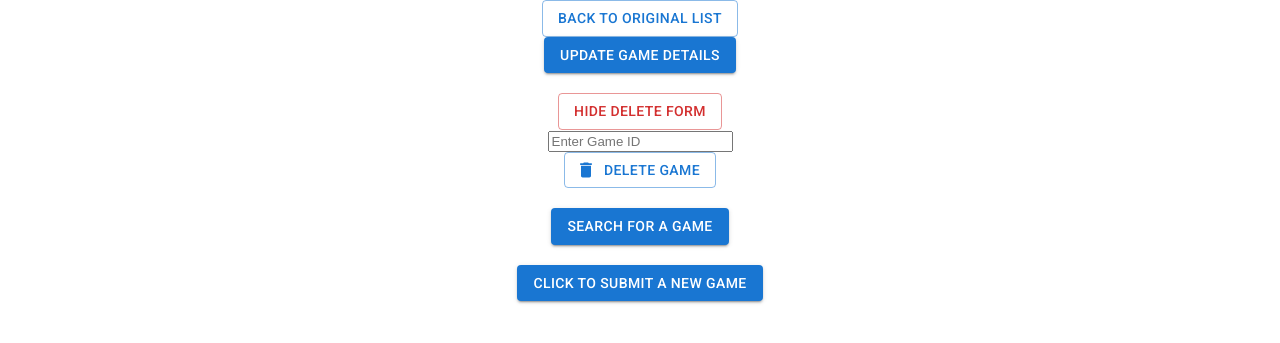
Repository: The-Software-Guild/assessment-2-react-nj10deadend
Page: / (app in Part-2/React-section/frontend/), after clicking the first element matching `button.MuiButton-outlinedError`
The author's editor kept a copy of each file at every save. The page is drawn from the files as they stood at one save, then again after the next save.
The browser window is 1280 px wide. The pictures show the whole page.
The page's requests for data from a server got no answer. The project was rebuilt for these pictures with package versions that can differ from the ones it lists, and the page was loaded fresh each time. No one was signed in, and anything a server would have sent is missing. Also part of the build but not shown: Part-2/React-section/frontend/src/components/GameCards.js.

Above is the page before, as saved 2021-12-19 21:12:11.

### Part-2/React-section/frontend/public/index.html
<!DOCTYPE html>
<html lang="en">
  <head>
    <meta charset="utf-8" />
    <link rel="icon" href="%PUBLIC_URL%/favicon.ico" />
    <meta name="viewport" content="width=device-width, initial-scale=1" />
    <meta name="theme-color" content="#000000" />
    <meta name="viewport" content="initial-scale=1, width=device-width" />
    <meta
      name="description"
      content="Web site created using create-react-app"
    />
    <link rel="apple-touch-icon" href="%PUBLIC_URL%/logo192.png" />
    <!--
      manifest.json provides metadata used when your web app is installed on a
      user's mobile device or desktop. See https://developers.google.com/web/fundamentals/web-app-manifest/
    -->
    <link rel="manifest" href="%PUBLIC_URL%/manifest.json" />
    <!--
      Notice the use of %PUBLIC_URL% in the tags above.
      It will be replaced with the URL of the `public` folder during the build.
      Only files inside the `public` folder can be referenced from the HTML.

      Unlike "/favicon.ico" or "favicon.ico", "%PUBLIC_URL%/favicon.ico" will
      work correctly both with client-side routing and a non-root public URL.
      Learn how to configure a non-root public URL by running `npm run build`.
    -->
    <link
      rel="stylesheet"
      href="https://fonts.googleapis.com/css?family=Roboto:300,400,500,700&display=swap"
    />
    <link
      rel="stylesheet"
      href="https://fonts.googleapis.com/icon?family=Material+Icons"
    />
    <title>React App</title>
  </head>
  <body>
    <noscript>You need to enable JavaScript to run this app.</noscript>
    <div id="root"></div>
    <!--
      This HTML file is a template.
      If you open it directly in the browser, you will see an empty page.

      You can add webfonts, meta tags, or analytics to this file.
      The build step will place the bundled scripts into the <body> tag.

      To begin the development, run `npm start` or `yarn start`.
      To create a production bundle, use `npm run build` or `yarn build`.
    -->
  </body>
</html>

### Part-2/React-section/frontend/src/index.css
body {
  margin: 0;
  font-family: -apple-system, BlinkMacSystemFont, 'Segoe UI', 'Roboto', 'Oxygen',
    'Ubuntu', 'Cantarell', 'Fira Sans', 'Droid Sans', 'Helvetica Neue',
    sans-serif;
  -webkit-font-smoothing: antialiased;
  -moz-osx-font-smoothing: grayscale;
}

code {
  font-family: source-code-pro, Menlo, Monaco, Consolas, 'Courier New',
    monospace;
}

.imgs {
  height: 300px;
  width: 300px;
}
.game-cards {
  border-color: lightblue;
  border-style: outset;
}
.divider {
  border-top: 1px dotted lightblue;
}

### Part-2/React-section/frontend/src/App.js
import './App.css';
import Home from './components/Home';
import AddGameForm from './components/AddGameForm';
import GameSearch from './components/GameSearch';
import UpdateGame from './components/UpdateGame';
import DeleteGame from './components/DeleteGame';
import axios from 'axios';
import {useState, useEffect} from 'react';
import Container from '@mui/material/Container';

// import {Container} from '@mui/material';
import Button from '@mui/material/Button';
// import Typography from '@mui/material/Typography';

function App() {

  const [gameData, setGameData] = useState([]);

  function getFetchGameServer () {
    axios.get(`http://localhost:8080/allGames`)
      .then(res => {
        setGameData(res.data)
      })

  }

  useEffect(getFetchGameServer, []);

  return (
    // <div className="App">
    <Container className="App">

      <Button variant="outlined"onClick={getFetchGameServer}>Back to Original List</Button>
      <UpdateGame getFetchGameServer={getFetchGameServer}/>
      <br></br>
      <DeleteGame getFetchGameServer={getFetchGameServer} />
      <br></br>
      <GameSearch setGameData={setGameData}/>
      <br></br>
      <AddGameForm setGameData={setGameData}/>


      <Home gameData={gameData}/>

    </Container>

  );
}

export default App;

### Part-2/React-section/frontend/src/components/Home.js
import GameCards from "./GameCards";


function Home ({gameData}) {

    const renderGameData = gameData.map(eachGame => {
        // console.log(eachGame._id);
        return (
            <GameCards key={eachGame._id} eachGame={eachGame} />
        )
    })
    return (
        <div>
            {renderGameData}

        </div>
    )
}

export default Home;

### Part-2/React-section/frontend/src/components/AddGameForm.js
import {useState, useEffect} from 'react';
import axios from 'axios';
import Button from '@mui/material/Button';

function AddGameForm ({setGameData}) {

    const [clicked, setClicked] = useState(false);
    const [submitted, setSubmitted] = useState(false);
    const [name, setName] = useState("");
    const [img, setImg] = useState("");
    const [crossPlatform, setCrossPlatform] = useState("");
    const [price, setPrice] = useState("");
    const [genres, setGenres] = useState(["", "", ""]);
    const buttonText = clicked ? "Hide Submission Form" : "Click to Submit a New Game"

    function postRequest() {
        return axios.post('http://localhost:8080/allGames', {
            name: name,
            img: img,
            cross_platform: crossPlatform,
            price: price,
            genres: genres
        })
        .then(function (response) {
            console.log(response);
            return response.data;
        })
        .catch(function (error) {
            console.log(error);
            return null;
        });
    }

    async function onSubmit(event) {
        event.preventDefault();
        setName("");
        setImg("");
        setCrossPlatform("");
        setPrice("");
        setGenres(["", "", ""]);
        const newGame = await postRequest();
        // console.log(newGame);
        setGameData((oldInfo)=> {
            // console.log(oldInfo)
            return [...oldInfo, newGame]
        })
    }

    return (
        <div>
            <Button variant="contained" onClick={() => {setClicked(!clicked)}}>{buttonText}</Button>
            {clicked && (
                <form onSubmit={onSubmit}>
                    <div>
                        <label for="name">Name</label>
                        <br></br>
                        <input type="text" name="name" placeholder="Enter name" id="name"
                        value={name} onChange={(event) => {setName(event.target.value)}}/>
                    </div>
                    <div>
                        <label for="img">Image Url</label>
                        <br></br>
                        <input type="text" name="img" placeholder="Enter image URL" id="img"
                        value={img} onChange={(event) => {setImg(event.target.value)}}/>
                    </div>
                    <div>
                        <label for="cross platform">Cross Platform</label>
                        <br></br>
                        <input type="text" name="cross platform" placeholder="Enter true or false" id="cross_platform"
                        value={crossPlatform} onChange={(event) => {setCrossPlatform(event.target.value)}}/>
                    </div>
                    <div>
                        <label for="price">Price</label>
                        <br></br>
                        <input type="text" name="price" placeholder="Enter price of game" id="price"
                        value={price} onChange={(event) => {setPrice(event.target.value)}} />
                    </div>
                    <div>
                        <label for="genres">Genres</label>
                        <br></br>
                        <input type="text" name="genre1" placeholder="Enter first genre category" id="genre1"
                        value={genres[0]} onChange={(event) => {setGenres([event.target.value, genres[1], genres[2]])}}/>
                        <br></br>
                        <input type="text" name="genre2" placeholder="Enter second genre category" id="genre2"
                        value={genres[1]} onChange={(event) => {setGenres([genres[0], event.target.value, genres[2] ])}}/>
                        <br></br>
                        <input type="text" name="genre3" placeholder="Enter third genre category" id="genre3"
                        value={genres[2]} onChange={(event) => {setGenres([genres[0], genres[1], event.target.value])}}/>
                    </div>
                    <Button variant="contained" type="submit">Submit new Game</Button>

                </form>
            )}


        </div>
    )
}

export default AddGameForm;

### Part-2/React-section/frontend/src/components/GameSearch.js
import {useState} from 'react';
import axios from 'axios';
import Button from '@mui/material/Button';
import TextField from '@mui/material/TextField';



function GameSearch ({setGameData}) {

    const [searchId, setSearchId] = useState("");
    const [clicked, setClicked] = useState(false);

    const searchGameText = clicked ? "Hide Search Form" : "Search for a Game"

    function getFetchOneGame () {
        axios.get(`http://localhost:8080/allGames/${searchId}`)
          .then(res => {
            setGameData([res.data])
        })

    }

    function onSearch(event) {
        event.preventDefault()
        setSearchId("");
        getFetchOneGame();
    }

    return (
        <div>
            <Button variant="contained" onClick={() => {setClicked(!clicked)}}>{searchGameText}</Button>
            {clicked && (
                <form onSubmit={onSearch}>
                    {/* <input type="text" placeholder="Search for game by id..."
                    onChange={(event) => {setSearchId(event.target.value)}}
                    value = {searchId}
                    /> */}
                    <TextField id="outlined-basic" label="Search for game by id"
                    variant="outlined"
                    onChange={(event) => {setSearchId(event.target.value)}}
                    value = {searchId}
                    />
                    <Button variant="outlined" type="submit">Search</Button>
                </form>
            )}
        </div>
    )
}

export default GameSearch;

### Part-2/React-section/frontend/src/components/UpdateGame.js
import {useState} from 'react';
import axios from 'axios';
import Button from '@mui/material/Button';
import Box from '@mui/material/Box';
// import TextField from '@mui/material/TextField';



import SendIcon from '@mui/icons-material/Send';


function UpdateGame ({getFetchGameServer}) {
    const [name, setName] = useState("");
    const [img, setImg] = useState("");
    const [crossPlatform, setCrossPlatform] = useState("");
    const [price, setPrice] = useState("");
    const [genres, setGenres] = useState(["", "", ""]);

    const [clicked, setClicked] = useState(false);
    const [searchId, setSearchId] = useState("");

    const updateButtonText = clicked ? "Hide Update Form" : "Update game details"

    async function patchRequest () {
        await axios.patch(`http://localhost:8080/allGames/update/${searchId}`,  {
            name: name,
            img: img,
            cross_platform: crossPlatform,
            price: price,
            genres: genres
        })
    }

    async function updateChanges (event) {
        event.preventDefault();
        await patchRequest();
        getFetchGameServer();
        setSearchId("");
        setName("");
        setImg("");
        setCrossPlatform("");
        setPrice("");
    }
    return (
        <Box sx={{ borderRadius: '50%' }}>
            <Button variant="contained" onClick={() => {setClicked(!clicked)}}>{updateButtonText}</Button>
                {clicked && (
                    <div>
                        <form onSubmit={updateChanges}>
                            <div>
                                <h2>Enter Game ID</h2>
                                <label for="game-id">Game ID</label>
                                <br></br>
                                <input name="game-id" type="text" placeholder="Enter Game ID"
                                onChange={(event) => {setSearchId(event.target.value)}}
                                value = {searchId}
                                />
                            </div>
                            <div>
                                <label for="name">Name</label>
                                <br></br>
                                <input type="text" name="name" placeholder="Enter name" id="name"
                                value={name} onChange={(event) => {setName(event.target.value)}}/>
                            </div>
                            <div>
                                <label for="img">Image Url</label>
                                <br></br>
                                <input type="text" name="img" placeholder="Enter image URL" id="img"
                                value={img} onChange={(event) => {setImg(event.target.value)}}/>
                            </div>
                            <div>
                                <label for="cross platform">Cross Platform</label>
                                <br></br>
                                <input type="text" name="cross platform" placeholder="Enter true or false" id="cross_platform"
                                value={crossPlatform} onChange={(event) => {setCrossPlatform(event.target.value)}}/>
                            </div>
                            <div>
                                <label for="price">Price</label>
                                <br></br>
                                <input type="text" name="price" placeholder="Enter price of game" id="price"
                                value={price} onChange={(event) => {setPrice(event.target.value)}} />
                            </div>
                            <div>
                                <label for="genres">Genres</label>
                                <br></br>
                                <input type="text" name="genre1" placeholder="Enter first genre category" id="genre1"
                                value={genres[0]} onChange={(event) => {setGenres([event.target.value, genres[1], genres[2]])}}/>
                                <br></br>
                                <input type="text" name="genre2" placeholder="Enter second genre category" id="genre2"
                                value={genres[1]} onChange={(event) => {setGenres([genres[0], event.target.value, genres[2] ])}}/>
                                <br></br>
                                <input type="text" name="genre3" placeholder="Enter third genre category" id="genre3"
                                value={genres[2]} onChange={(event) => {setGenres([genres[0], genres[1], event.target.value])}}/>
                            </div>
                            <Button variant="contained" endIcon={<SendIcon />} type="submit">Submit Changes</Button>

                        </form>
                    </div>
                )}


        </Box>
    )
}

export default UpdateGame;

### Part-2/React-section/frontend/src/components/DeleteGame.js
import axios from 'axios';
import {useState} from 'react';
import Button from '@mui/material/Button';
import DeleteIcon from '@mui/icons-material/Delete';

function DeleteGame ({getFetchGameServer}) {

    const [searchId, setSearchId] = useState("");
    const [clicked, setClicked] = useState(false);

    const deleteText = clicked ? "Hide Delete Form" : "Delete A Game"

    async function deleteGame () {
        await axios.delete(`http://localhost:8080/allGames/delete/${searchId}`)
    }

    async function onSubmit (event) {
        event.preventDefault();
        await deleteGame();
        getFetchGameServer();
        setSearchId("");

    }
    return (
        <div>
            <Button variant="outlined" color="error" onClick={() => {setClicked(!clicked)}}>{deleteText}</Button>
            {clicked && (
                <form onSubmit={onSubmit}>
                    <div>
                        <input name="game-id" type="text" placeholder="Enter Game ID"
                        onChange={(event) => {setSearchId(event.target.value)}}
                        value = {searchId}
                        />
                    </div>
                    <div>
                        <Button type="submit" variant="outlined" startIcon={<DeleteIcon />}>Delete Game</Button>
                    </div>
                </form>
            )}

        </div>
    )
}
export default DeleteGame;

Loaded but not shown: Part-2/React-section/frontend/src/index.js (common file); Part-2/React-section/frontend/src/reportWebVitals.js (common file); Part-2/React-section/frontend/src/App.css (common file)

After the next save:
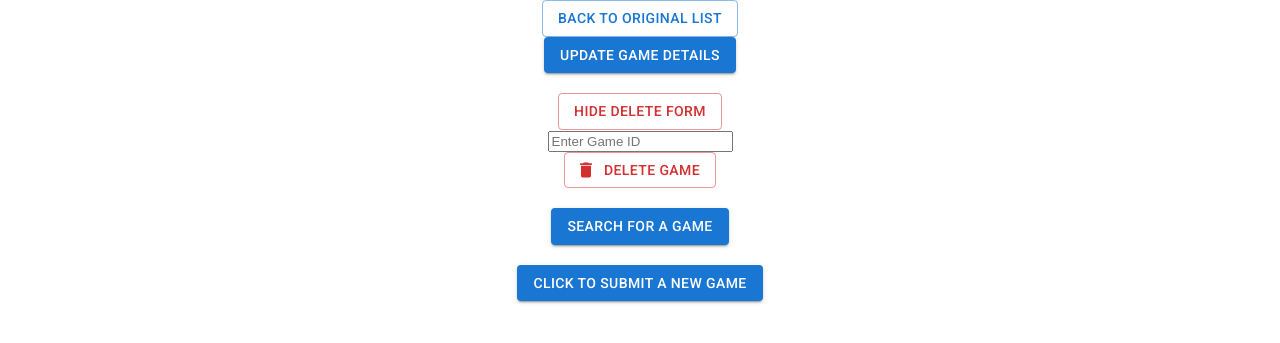
Saved 4 min 7 s later.
--- a/Part-2/React-section/frontend/src/components/DeleteGame.js
+++ b/Part-2/React-section/frontend/src/components/DeleteGame.js
@@ -33,7 +33,7 @@ function DeleteGame ({getFetchGameServer}) {
                         />
                     </div>
                     <div>
-                        <Button type="submit" variant="outlined" startIcon={<DeleteIcon />}>Delete Game</Button>
+                        <Button type="submit" variant="outlined" color="error" startIcon={<DeleteIcon />}>Delete Game</Button>
                     </div>
                 </form>
             )}
